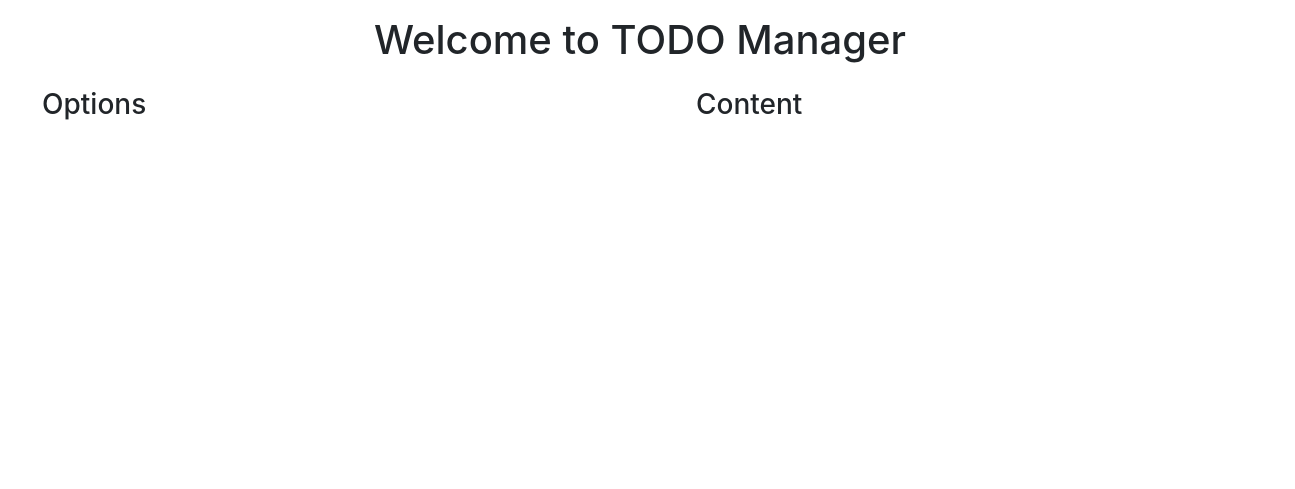
Repository: HarshViijay/spring-boot
Page: http://localhost/springmvcnew/home
An editor plug-in stored every save of this project. The page is shown before and after the next save, followed by the edit.
The browser window is 1280 px wide. The page is 1295 px wide, so the pictures cover 1295 px, including what lies to the right of the window. The pictures show the whole page.
Some web libraries are served in a nearby version. The page is served by Tomcat 9. Other server files are loaded and not shown.

Above is the page before, as saved 2023-03-11 18:14:34.

### springmvcnew/src/main/webapp/WEB-INF/pages/home.jsp
<%@ page language="java" contentType="text/html; charset=UTF-8"
	pageEncoding="UTF-8"%>
<!doctype html>
<html lang="en">
<head>
<!-- Required meta tags -->
<meta charset="utf-8">
<meta name="viewport"
	content="width=device-width, initial-scale=1, shrink-to-fit=no">

<!-- Bootstrap CSS -->
<link rel="stylesheet"
	href="https://cdn.jsdelivr.net/npm/bootstrap@4.0.0/dist/css/bootstrap.min.css"
	integrity="sha384-Gn5384xqQ1aoWXA+058RXPxPg6fy4IWvTNh0E263XmFcJlSAwiGgFAW/dAiS6JXm"
	crossorigin="anonymous">

<title>Our ToDo App</title>
</head>
<body>

	<div class="cotainer mt-3 ">
		<h1 class="text-center">Welcome to TODO Manager</h1>

		<div class="row mt-4">

			<div class="col-md-2">
				<h3 class="text-center">Options</h3>
			</div>

			<div class="col-md-10">
				<h3 class="text-center">Content</h3>
			</div>
		</div>
	</div>


	<!-- Optional JavaScript -->
	<!-- jQuery first, then Popper.js, then Bootstrap JS -->
	<script src="https://code.jquery.com/jquery-3.2.1.slim.min.js"
		integrity="sha384-KJ3o2DKtIkvYIK3UENzmM7KCkRr/rE9/Qpg6aAZGJwFDMVNA/GpGFF93hXpG5KkN"
		crossorigin="anonymous"></script>
	<script
		src="https://cdn.jsdelivr.net/npm/popper.js@1.12.9/dist/umd/popper.min.js"
		integrity="sha384-ApNbgh9B+Y1QKtv3Rn7W3mgPxhU9K/ScQsAP7hUibX39j7fakFPskvXusvfa0b4Q"
		crossorigin="anonymous"></script>
	<script
		src="https://cdn.jsdelivr.net/npm/bootstrap@4.0.0/dist/js/bootstrap.min.js"
		integrity="sha384-JZR6Spejh4U02d8jOt6vLEHfe/JQGiRRSQQxSfFWpi1MquVdAyjUar5+76PVCmYl"
		crossorigin="anonymous"></script>
</body>
</html>

After the next save:
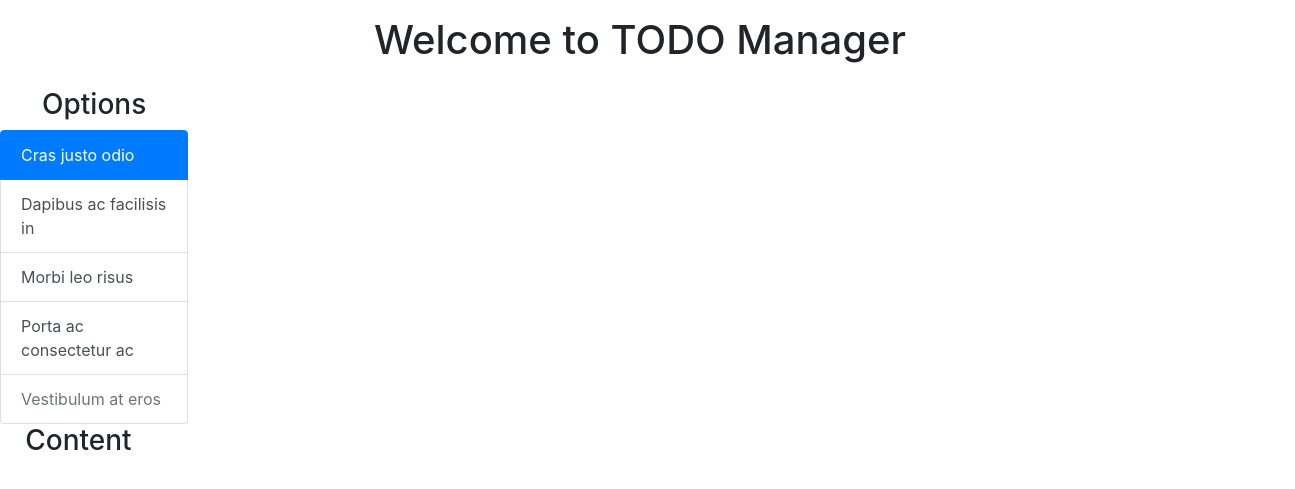
Saved 99 s later.
--- a/springmvcnew/src/main/webapp/WEB-INF/pages/home.jsp
+++ b/springmvcnew/src/main/webapp/WEB-INF/pages/home.jsp
@@ -25,6 +25,16 @@
 
 			<div class="col-md-2">
 				<h3 class="text-center">Options</h3>
+				<div class="list-group">
+					<a href="#" class="list-group-item list-group-item-action active">
+						Cras justo odio </a> <a href="#"
+						class="list-group-item list-group-item-action">Dapibus ac
+						facilisis in</a> <a href="#"
+						class="list-group-item list-group-item-action">Morbi leo risus</a>
+					<a href="#" class="list-group-item list-group-item-action">Porta
+						ac consectetur ac</a> <a href="#"
+						class="list-group-item list-group-item-action disabled">Vestibulum
+						at eros</a>
 			</div>
 
 			<div class="col-md-10">
